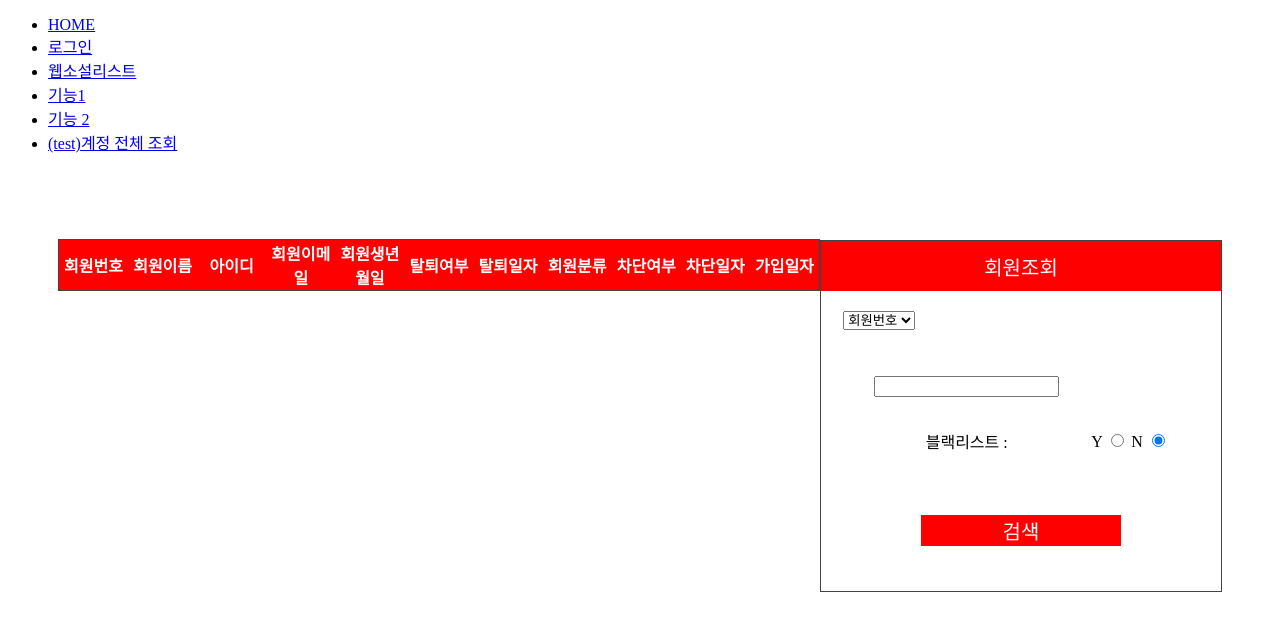
Repository: hoony0203/firstbook
Page: http://localhost/first_book/WEB-INF/views/admin/memberList.jsp
An editor plug-in stored every save of this project. The page is shown before and after the next save, followed by the edit.
The browser window is 1280 px wide. The pictures show the whole page.
The page is served by Tomcat 9. Nobody is signed in. The template is opened directly, without the code that normally fills it, so the values that code supplies are empty.

Above is the page before, as saved 2021-04-09 14:22:25.

After the next save:
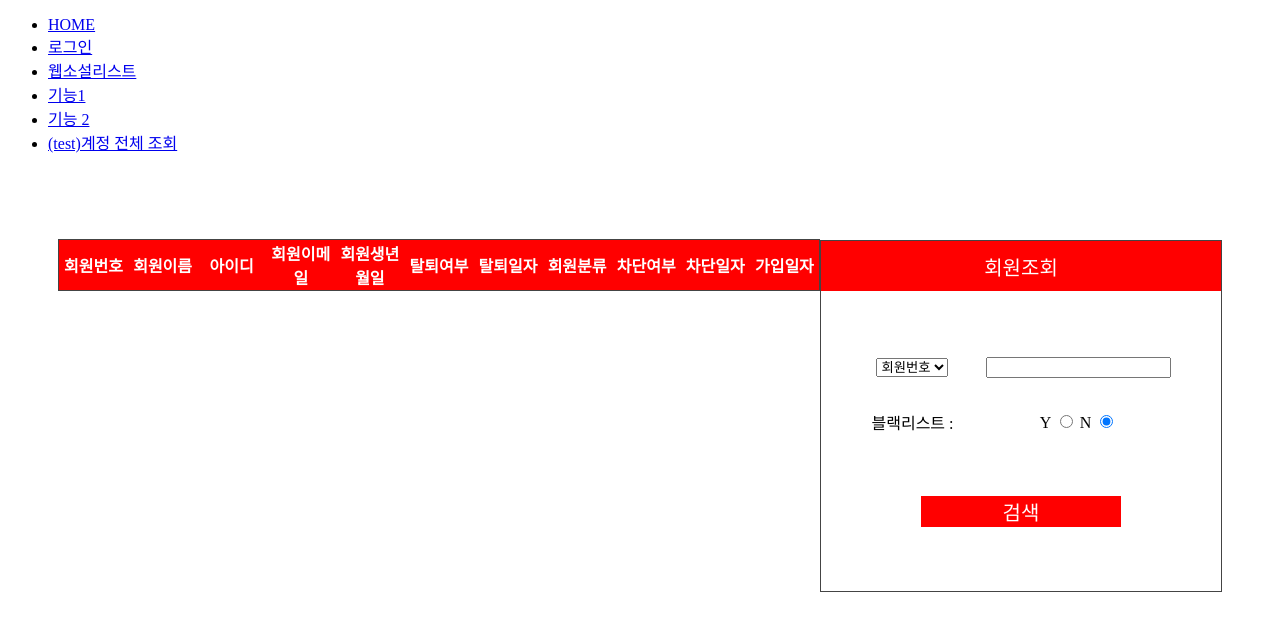
Saved 18 s later.
--- a/first_book/web/WEB-INF/views/admin/memberList.jsp
+++ b/first_book/web/WEB-INF/views/admin/memberList.jsp
@@ -57,7 +57,8 @@
 						</c:when>
 
 						<c:otherwise>
-
+							<tr>
+							<td>
 								<select id="memSearchCondition" name="memSearchCondition">
 
 								<option value="memNum" <c:if test="${requestScope.memSearchCondition eq 'memNum' }">selected</c:if>>회원번호</option>
